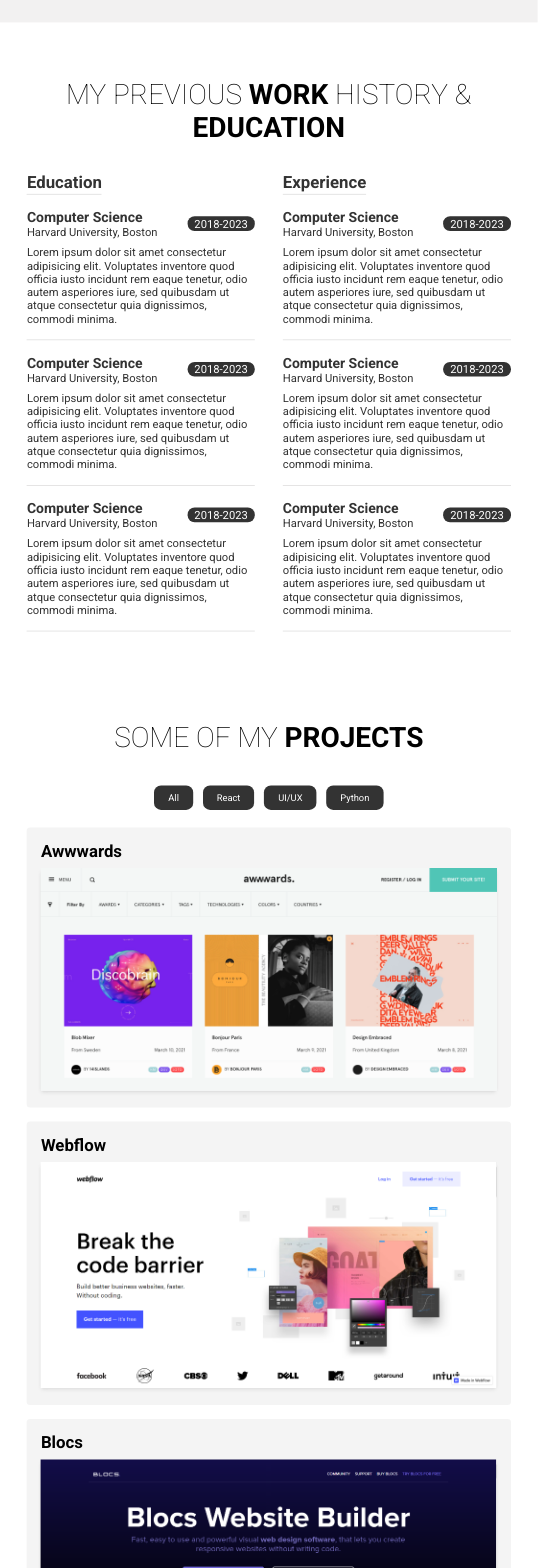
Repository: DevAntonioRogers/portfolio-tutorial
Page: index.html
The author's editor kept a copy of each file at every save. The page is drawn from the files as they stood at one save, then again after the next save.
The browser window is 768 px wide. The pictures show the part of the page from y = 2660 to 4900 px (the page is 6835 px tall before and 7189 px after), at 70% of full size.
Backgrounds fixed to the window are drawn as part of the page.

Above is the page before, as saved 2023-11-01 09:48:56.

### index.html
<!DOCTYPE html>
<html lang="en">
  <head>
    <meta charset="UTF-8" />
    <meta
      name="viewport"
      content="width=device-width, initial-scale=1.0"
    />
    <script src="https://unpkg.com/typed.js@2.0.16/dist/typed.umd.js"></script>
    <script
      type="module"
      src="https://unpkg.com/ionicons@7.1.0/dist/ionicons/ionicons.esm.js"
    ></script>
    <script
      nomodule
      src="https://unpkg.com/ionicons@7.1.0/dist/ionicons/ionicons.js"
    ></script>
    <link rel="stylesheet" href="./styles/main.css" />
    <title>John Doe Portfolio</title>
  </head>
  <body>
    <!-------- NAVBAR --------->
    <header>
      <nav role="navigation" aria-label="Navigation">
        <div class="container navbar">
          <h1>John Doe.</h1>

          <ul class="nav-menu">
            <li><a href="#home">Home</a></li>
            <li><a href="#about">About</a></li>
            <li><a href="#resume">Resume</a></li>
            <li><a href="#projects">Projects</a></li>
            <li><a href="#contact">Contact</a></li>
          </ul>

          <button
            aria-label="Toggle Mobile Menu"
            class="hamburger"
          >
            <span class="bar"></span>
            <span class="bar"></span>
            <span class="bar"></span>
          </button>
        </div>
      </nav>
    </header>

    <main>
      <!--HERO SECTION -->
      <section id="home" class="hero">
        <div class="hero-overlay"></div>
        <div class="container hero-content">
          <div class="hero-text">
            <h2 id="typed-text"></h2>
          </div>

          <div
            class="hero-socials"
            aria-label="Social Media Links"
          >
            <a href="#" aria-label="Twitter Link"
              ><ion-icon name="logo-twitter"></ion-icon
            ></a>
            <a href="#" aria-label="Github Link"
              ><ion-icon name="logo-github"></ion-icon
            ></a>
            <a href="#" aria-label="LinkedIn Link"
              ><ion-icon name="logo-linkedin"></ion-icon
            ></a>
            <a href="#" aria-label="Facebook Link"
              ><ion-icon name="logo-facebook"></ion-icon
            ></a>
          </div>
        </div>
      </section>

      <!--ABOUT SECTION-->
      <section class="about" id="about">
        <div class="container">
          <h1>
            I'm <strong>John Doe</strong> and I'm a
            <strong>full stack engineer</strong>
          </h1>

          <div class="about-info">
            <p>
              Lorem ipsum dolor sit amet consectetur
              adipisicing elit. Distinctio expedita
              temporibus nobis dolores, quidem repellendus
              voluptatibus sit. Natus quibusdam nulla ipsa
              molestiae. Nostrum sed saepe tempore
              reprehenderit libero neque consequatur. Lorem
              ipsum dolor sit, amet consectetur adipisicing
              elit. Ut dolorem reprehenderit ipsam
              laboriosam minus eligendi autem laborum
              blanditiis assumenda, cumque est dolor sed
              architecto, aspernatur animi corrupti, rerum
              eveniet inventore? Lorem ipsum dolor sit, amet
              consectetur adipisicing elit. Laudantium eius
              libero corporis, quo blanditiis vitae autem
              modi! Repudiandae cupiditate hic placeat fuga
              labore, minima, in mollitia architecto
              veritatis error asperiores.
            </p>
          </div>

          <button
            class="about-button"
            aria-label="Download Resume Button"
          >
            Download Resume
            <ion-icon
              name="download-outline"
              aria-hidden="true"
            ></ion-icon>
          </button>
        </div>
      </section>

      <!--SKILLS SECTION-->
      <section class="skills" id="skills">
        <h1>Just a few of my <strong>skills</strong></h1>
        <div class="container skill-grid">
          <div class="skill">
            <ion-icon
              name="logo-react"
              class="skill-icon"
              aria-hidden="true"
            ></ion-icon>
            <h3>React</h3>
            <p>
              Lorem ipsum dolor sit amet, consectetur
              adipisicing elit. Ducimus iusto nesciunt
              recusandae ut et commodi dolores officia
              labore! Perferendis deleniti commodi
            </p>
          </div>
          <div class="skill">
            <ion-icon
              name="logo-html5"
              class="skill-icon"
              aria-hidden="true"
            ></ion-icon>
            <h3>HTML5</h3>
            <p>
              Lorem ipsum dolor sit amet, consectetur
              adipisicing elit. Ducimus iusto nesciunt
              recusandae ut et commodi dolores officia
              labore! Perferendis deleniti commodi
            </p>
          </div>
          <div class="skill">
            <ion-icon
              name="logo-CSS3"
              class="skill-icon"
              aria-hidden="true"
            ></ion-icon>
            <h3>CSS3</h3>
            <p>
              Lorem ipsum dolor sit amet, consectetur
              adipisicing elit. Ducimus iusto nesciunt
              recusandae ut et commodi dolores officia
              labore! Perferendis deleniti commodi
            </p>
          </div>
          <div class="skill">
            <ion-icon
              name="logo-javascript"
              class="skill-icon"
              aria-hidden="true"
            ></ion-icon>
            <h3>Javascript</h3>
            <p>
              Lorem ipsum dolor sit amet, consectetur
              adipisicing elit. Ducimus iusto nesciunt
              recusandae ut et commodi dolores officia
              labore! Perferendis deleniti commodi
            </p>
          </div>
        </div>
      </section>

      <!--RESUME-->
      <section class="resume" id="resume">
        <div class="container">
          <h1>
            My Previous <strong>Work</strong> History &
            <strong>Education</strong>
          </h1>

          <div class="resume-content">
            <div>
              <h2>Education</h2>

              <article>
                <div class="card-header">
                  <div class="card-header-info">
                    <p>Computer Science</p>
                    <p>Harvard University, Boston</p>
                  </div>
                  <span>2018-2023</span>
                </div>
                <p class="card-info">
                  Lorem ipsum dolor sit amet consectetur
                  adipisicing elit. Voluptates inventore
                  quod officia iusto incidunt rem eaque
                  tenetur, odio autem asperiores iure, sed
                  quibusdam ut atque consectetur quia
                  dignissimos, commodi minima.
                </p>
              </article>
              <article>
                <div class="card-header">
                  <div class="card-header-info">
                    <p>Computer Science</p>
                    <p>Harvard University, Boston</p>
                  </div>
                  <span>2018-2023</span>
                </div>
                <p class="card-info">
                  Lorem ipsum dolor sit amet consectetur
                  adipisicing elit. Voluptates inventore
                  quod officia iusto incidunt rem eaque
                  tenetur, odio autem asperiores iure, sed
                  quibusdam ut atque consectetur quia
                  dignissimos, commodi minima.
                </p>
              </article>
              <article>
                <div class="card-header">
                  <div class="card-header-info">
                    <p>Computer Science</p>
                    <p>Harvard University, Boston</p>
                  </div>
                  <span>2018-2023</span>
                </div>
                <p class="card-info">
                  Lorem ipsum dolor sit amet consectetur
                  adipisicing elit. Voluptates inventore
                  quod officia iusto incidunt rem eaque
                  tenetur, odio autem asperiores iure, sed
                  quibusdam ut atque consectetur quia
                  dignissimos, commodi minima.
                </p>
              </article>
            </div>

            <div>
              <h2>Experience</h2>

              <article>
                <div class="card-header">
                  <div class="card-header-info">
                    <p>Computer Science</p>
                    <p>Harvard University, Boston</p>
                  </div>
                  <span>2018-2023</span>
                </div>
                <p class="card-info">
                  Lorem ipsum dolor sit amet consectetur
                  adipisicing elit. Voluptates inventore
                  quod officia iusto incidunt rem eaque
                  tenetur, odio autem asperiores iure, sed
                  quibusdam ut atque consectetur quia
                  dignissimos, commodi minima.
                </p>
              </article>
              <article>
                <div class="card-header">
                  <div class="card-header-info">
                    <p>Computer Science</p>
                    <p>Harvard University, Boston</p>
                  </div>
                  <span>2018-2023</span>
                </div>
                <p class="card-info">
                  Lorem ipsum dolor sit amet consectetur
                  adipisicing elit. Voluptates inventore
                  quod officia iusto incidunt rem eaque
                  tenetur, odio autem asperiores iure, sed
                  quibusdam ut atque consectetur quia
                  dignissimos, commodi minima.
                </p>
              </article>
              <article>
                <div class="card-header">
                  <div class="card-header-info">
                    <p>Computer Science</p>
                    <p>Harvard University, Boston</p>
                  </div>
                  <span>2018-2023</span>
                </div>
                <p class="card-info">
                  Lorem ipsum dolor sit amet consectetur
                  adipisicing elit. Voluptates inventore
                  quod officia iusto incidunt rem eaque
                  tenetur, odio autem asperiores iure, sed
                  quibusdam ut atque consectetur quia
                  dignissimos, commodi minima.
                </p>
              </article>
            </div>
          </div>
        </div>
      </section>

      <!--PROJECTS SECTION -->
      <section class="projects" id="projects">
        <div class="container">
          <h1>Some of my <strong>Projects</strong></h1>

          <div class="filter">
            <button
              data-filter="all"
              aria-label="Show all projects"
            >
              All
            </button>
            <button
              data-filter="react"
              aria-label="Show react projects"
            >
              React
            </button>
            <button
              data-filter="uiux"
              aria-label="Show UI/UX projects"
            >
              UI/UX
            </button>
            <button
              data-filter="python"
              aria-label="Show Python projects"
            >
              Python
            </button>
          </div>
          <div class="project-grid">
            <div class="project-card" data-category="react">
              <h2>Awwwards</h2>
              <img
                src="./assets/project-1.png"
                alt="react project"
              />
            </div>
            <div
              class="project-card"
              data-category="python"
            >
              <h2>Webflow</h2>
              <img
                src="./assets/project-2.png"
                alt="python project"
              />
            </div>
            <div
              class="project-card"
              data-category="python"
            >
              <h2>Blocs</h2>
              <img
                src="./assets/project-3.png"
                alt="python project"
              />
            </div>
            <div class="project-card" data-category="uiux">
              <h2>Ooooucraft</h2>
              <img
                src="./assets/project-4.png"
                alt="uiux project"
              />
            </div>
            <div class="project-card" data-category="uiux">
              <h2>Ukit</h2>
              <img
                src="./assets/project-5.png"
                alt="uiux project"
              />
            </div>
            <div class="project-card" data-category="react">
              <h2>EverWeb</h2>
              <img
                src="./assets/project-6.png"
                alt="react project"
              />
            </div>
          </div>
        </div>
      </section>

      <!--CONTACT SECTION-->

      <section class="contact" id="contact">
        <div class="container">
          <h1>Let's have a <strong>discussion</strong></h1>
          <p>
            Please allow 24-48 hours for a response. Thank
            you!
          </p>
          <div>
            <form
              id="contact-form"
              aria-label="Contact Form"
            >
              <div class="form-row">
                <input
                  type="text"
                  name="name"
                  class="form-input"
                  placeholder="Your name"
                  required
                  aria-label="Your name"
                />
                <input
                  type="email"
                  name="email"
                  class="form-input"
                  placeholder="Your email"
                  required
                  aria-label="Your email"
                />
              </div>

              <textarea
                rows="6"
                name="message"
                class="form-input"
                placeholder="Enter your message here..."
                required
                style="resize: none"
                aria-label="Your Message"
              ></textarea>

              <div class="form-button">
                <button type="submit">
                  Submit Your Message
                </button>
              </div>
            </form>
          </div>
        </div>
      </section>
    </main>

    <script src="./app.js"></script>
  </body>
</html>

### styles/main.css
@import url("https://fonts.googleapis.com/css2?family=Roboto:wght@100;400;500;700&display=swap");
@import url(./navbar.css);
@import url(./hero.css);
@import url(./about.css);
@import url(./skills.css);
@import url(./resume.css);
@import url(./projects.css);
@import url(./contact.css);

* {
  box-sizing: border-box;
  padding: 0;
  margin: 0;
  font-family: "Roboto", sans-serif;
}

html {
  scroll-behavior: smooth;
}

li {
  list-style: none;
}

a {
  text-decoration: none;
  color: inherit;
}

button {
  outline: none;
  border: none;
  background: inherit;
  cursor: pointer;
}

.container {
  width: 90%;
  margin: 0 auto;
  max-width: 1400px;
  height: 100%;
}

article {
  padding: 20px 0;
  display: flex;
  flex-direction: column;
  gap: 10px;
  border-bottom: solid 1px #dad9d9;
}

### styles/navbar.css
nav {
  background-color: transparent;
  position: fixed;
  width: 100%;
  z-index: 999;
  top: 0;
  left: 0;
  padding: 1rem 0;
  transition: all 0.3s ease-in-out;
}

.navbar {
  display: flex;
  justify-content: space-between;
  align-items: center;
}

.navbar h1 {
  color: white;
  font-size: 28px;
}

.nav-menu {
  display: flex;
  gap: 3rem;
  align-items: center;
}

.nav-menu li {
  font-size: 14px;
  color: white;
}

.bar {
  background-color: white;
  display: block;
  width: 23px;
  height: 2px;
  margin: 5px auto;
  transition: all 0.3s ease-in-out;
}

.hamburger {
  display: none;
  z-index: 999;
}

.sticky-nav {
  background-color: black;
}

@media only screen and (max-width: 768px) {
  .hamburger {
    display: block;
  }

  .nav-menu {
    position: fixed;
    top: 0;
    right: 0;
    width: 100%;
    height: 100%;
    flex-direction: column;
    align-items: center;
    background-color: black;
    padding: 20px 0;
    z-index: 10;
    transition: 0.3s ease-in-out;
    gap: 5rem;
    padding-top: 6rem;
    left: -100%;
  }

  .nav-menu.active {
    left: 0;
  }

  .hamburger.active .bar:nth-child(2) {
    opacity: 0;
  }

  .hamburger.active .bar:nth-child(1) {
    transform: translateY(8px) rotate(45deg);
  }

  .hamburger.active .bar:nth-child(3) {
    transform: translatey(-6px) rotate(-45deg);
  }
}

### styles/hero.css
.hero {
  position: relative;
  height: 100vh;
  background: url(/assets/hero.jpg);
  background-size: cover;
  z-index: 1;
  background-attachment: fixed;
}

.hero-overlay {
  position: absolute;
  width: 100%;
  height: 100%;
  background-color: #0000005e;
  top: 0;
  left: 0;
  z-index: 1;
}

.hero-content {
  display: flex;
  gap: 2rem;
  flex-direction: column;
  align-items: center;
  justify-content: center;
  position: relative;
  z-index: 2;
  color: white;
}

.hero-socials {
  display: flex;
  align-items: center;
  gap: 20px;
}

.hero-socials ion-icon {
  background-color: white;
  color: black;
  padding: 8px;
  border-radius: 100%;
  font-size: 18px;
}

.hero-text {
  display: flex;
}

.hero-content h2 {
  font-size: 60px;
}

.typed-cursor {
  font-size: 60px;
  opacity: 1;
}

@media only screen and (max-width: 650px) {
  .hero-content h2 {
    font-size: 30px;
  }

  .typed-cursor {
    font-size: 30px;
    opacity: 1;
  }
}

### styles/about.css
.about {
  padding: 5rem 0;
  text-align: center;
}

.about-info {
  display: flex;
  gap: 20px;
  margin: 40px 0;
}

.about h1 {
  font-weight: 100;
  font-size: 40px;
  text-transform: uppercase;
}

.about p {
  font-size: 18px;
  color: rgb(97, 95, 95);
  line-height: 2;
  max-width: 80%;
  margin: 0 auto;
}

.about-button {
  padding: 1rem 2rem;
  background: #222;
  color: white;
  border-radius: 10px;
  font-size: 14px;
}

.about-button:hover {
  background-color: black;
  transition: 0.3s ease-in-out;
}

### styles/skills.css
.skills {
  background-color: rgb(242, 241, 241);
  padding: 5rem 0;
  color: #333;
  text-align: center;
}

.skills h1 {
  font-weight: 100;
  font-size: 40px;
  text-transform: uppercase;
  margin-bottom: 30px;
}

.skill-grid {
  display: grid;
  grid-template-columns: repeat(4, minmax(0, 1fr));
  gap: 20px;
}

.skill {
  display: flex;
  flex-direction: column;
  justify-content: center;
  align-items: center;
  text-align: center;
  padding: 2rem;
  gap: 20px;
  border-radius: 10px;
  background-color: white;
  box-shadow: 0 4px 6px -1px rgb(0 0 0 / 0.1),
    0 2px 4px -2px rgb(0 0 0 / 0.1);
}

.skill-icon {
  font-size: 40px;
}

@media only screen and (max-width: 992px) {
  .skill-grid {
    grid-template-columns: repeat(2, minmax(0, 1fr));
  }
}

@media only screen and (max-width: 768px) {
  .skill-grid {
    grid-template-columns: repeat(1, minmax(0, 1fr));
  }
}

/* @media only screen and (max-width: 480px) {
  .skills h1 {
    font-size: 30px;
  }
} */

### styles/resume.css
.resume {
  padding: 5rem 0;
}

.resume h1 {
  font-weight: 100;
  font-size: 40px;
  text-transform: uppercase;
  margin-bottom: 40px;
  text-align: center;
}

.resume h2 {
  border-bottom: 1px solid #dad9d9;
  padding-bottom: 3px;
  display: inline-block;
}

.resume-content {
  display: grid;
  gap: 40px;
  grid-template-columns: repeat(2, minmax(0, 1fr));
  color: #333;
}

.card-header-info p:nth-child(1) {
  font-weight: 800;
  font-size: 20px;
}

.card-header {
  display: flex;
  justify-content: space-between;
  align-items: center;
}

.card-header span {
  background-color: #333;
  color: white;
  padding: 1px 10px;
  border-radius: 10px;
}

### styles/projects.css
.projects {
  padding: 3rem 0;
}

.projects h1 {
  font-weight: 100;
  font-size: 40px;
  text-transform: uppercase;
  margin-bottom: 40px;
  text-align: center;
}

.filter {
  text-align: center;
  margin-bottom: 20px;
}

.filter button {
  background-color: #333;
  color: white;
  border-radius: 10px;
  padding: 10px 20px;
  margin: 5px;
}

.project-grid {
  display: grid;
  grid-template-columns: repeat(3, 1fr);
  gap: 20px;
}

.project-card {
  background-color: #f4f4f4;
  padding: 20px;
  border-radius: 5px;
  cursor: pointer;
  transition: opacity 0.3s ease-in-out;
}

.project-card:hover {
  opacity: 0.8;
}

.project-card img {
  width: 100%;
  margin-top: 10px;
  box-shadow: 0 4px 6px -1px rgb(0 0 0 / 0.1),
    0 2px 4px -2px rgb(0 0 0 / 0.1);
}

@media only screen and (max-width: 768px) {
  .project-grid {
    grid-template-columns: repeat(1, minmax(0, 1fr));
  }
}

### styles/contact.css
.contact {
  background-color: rgb(242, 241, 241);
  padding: 3rem 0;
  margin-top: 3rem;
  text-align: center;
}

.contact h1 {
  font-weight: 100;
  font-size: 40px;
  text-transform: uppercase;
  margin-bottom: 40px;
}

.contact p {
  color: #333334;
  margin-bottom: 10px;
  font-size: 14px;
}

form {
  width: 100%;
  max-width: 700px;
  margin: 0 auto;
}

.form-input {
  margin-bottom: 20px;
  width: 100%;
  margin: 15px 0;
  padding: 10px;
  border: 1px solid rgb(242, 241, 241);
  border-radius: 5px;
}

.form-button button {
  background-color: #333;
  color: white;
  padding: 10px 20px;
  border-radius: 5px;
  transition: all 0.3s ease-in-out;
}

.form-button button:hover {
  background-color: black;
}

.form-row {
  display: grid;
  grid-template-columns: repeat(2, 1fr);
  gap: 30px;
  align-items: center;
}

### app.js
//NAVBAR
const hamburger = document.querySelector('.hamburger')
const navMenu = document.querySelector('.nav-menu')
const body = document.querySelector('body')
const navLinks = navMenu.querySelectorAll('li');
const nav = document.querySelector('nav')

hamburger.addEventListener('click', () => {
  hamburger.classList.toggle('active')
  navMenu.classList.toggle('active')
  body.classList.toggle("no-scroll")
})

function closeMenu() {
  hamburger.classList.remove('active')
  navMenu.classList.remove('active')
  body.classList.remove("no-scroll")
}

navLinks.forEach((link) => {
  link.addEventListener('click', closeMenu)
})

function handleScroll() {
  if (window.scrollY > 150) {
    nav.classList.add('sticky-nav')
  } else {
    nav.classList.remove('sticky-nav')
  }
}
window.addEventListener('scroll', handleScroll)


//TYPING DELETING TEXT
function initTypedText() {
  const options = {
    strings: [
      "Hello, I'm John Doe",
      "A Software Engineer",
      "From New York",
    ],
    typeSpeed: 50,
    backSpeed: 30,
    backDelay: 1000,
    startDelay: 500,
    loop: true,
  }
  const typed = new Typed("#typed-text", options)
}

initTypedText()

//FILTER OPTIONS
document.addEventListener('DOMContentLoaded', function () {
  const filterButtons = document.querySelectorAll('.filter button')
  const projectCards = document.querySelectorAll(".project-card")

  filterButtons.forEach(button => {
    button.addEventListener('click', () => {
      const filterValue = button.getAttribute('data-filter');
      filterProjects(filterValue);
    });
  });

  function filterProjects(category) {
    projectCards.forEach(card => {
      const projectCategory = card.getAttribute('data-category')
      if (category === 'all' || projectCategory === category) {
        card.style.display = 'block'
      } else {
        card.style.display = "none"
      }
    })
  }
})

After the next save:
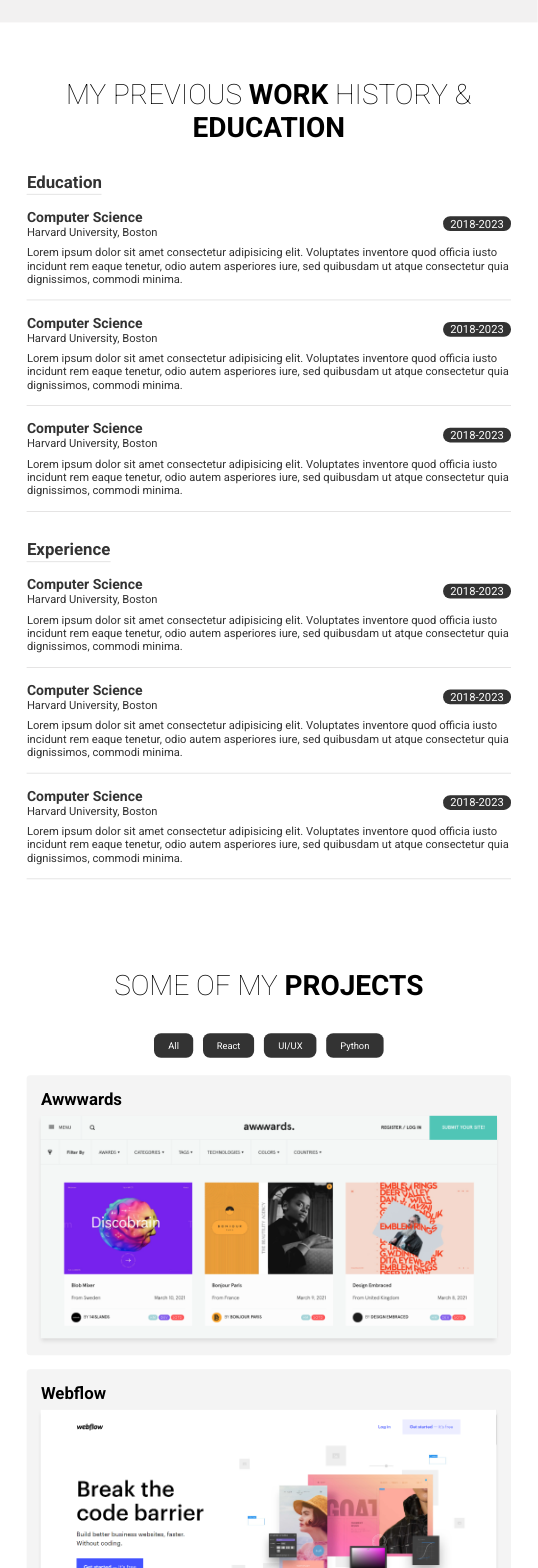
Saved 88 s later.
--- a/styles/resume.css
+++ b/styles/resume.css
@@ -40,3 +40,9 @@
   padding: 1px 10px;
   border-radius: 10px;
 }
+
+@media only screen and (max-width: 768px) {
+  .resume-content {
+    grid-template-columns: repeat(1, minmax(0, 1fr));
+  }
+}
